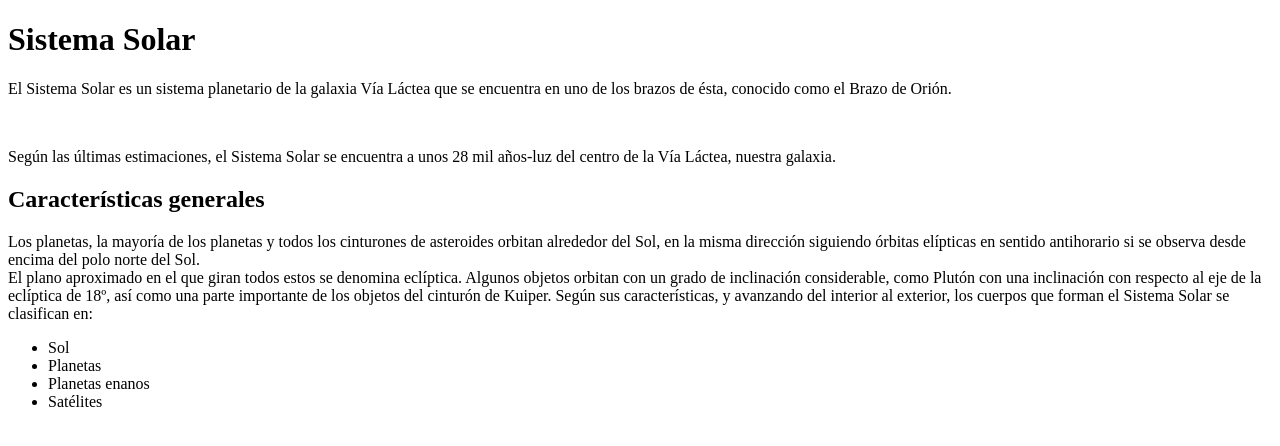
Repository: gustavomanfre/Curso_Front_End_Digitalers
Page: Unidad1/M1 - Laboratorio_02/index.html
The author's editor kept a copy of each file at every save. The page is drawn from the files as they stood at one save, then again after the next save.
The browser window is 1280 px wide. The pictures show the whole page.

Above is the page before, as saved 2022-05-25 21:02:26.

After the next save:
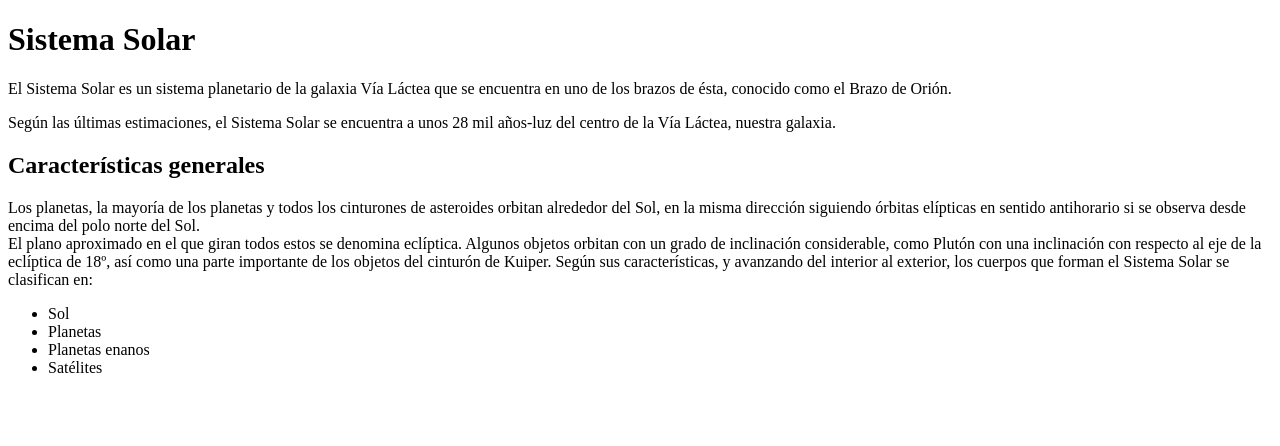
Saved 46 s later.
--- a/Unidad1/M1 - Laboratorio_02/index.html
+++ b/Unidad1/M1 - Laboratorio_02/index.html
@@ -9,7 +9,7 @@
 <body>
     <header>
         <h1>Sistema Solar</h1>
-        <p>El Sistema Solar es un sistema planetario de la galaxia Vía Láctea que se encuentra en uno de los brazos de ésta, conocido como el Brazo de Orión. </p><br>
+        <p>El Sistema Solar es un sistema planetario de la galaxia Vía Láctea que se encuentra en uno de los brazos de ésta, conocido como el Brazo de Orión. <br>
         <p>Según las últimas estimaciones, el Sistema Solar se encuentra a unos 28 mil años-luz del centro de la Vía Láctea, nuestra galaxia.</p>
     </header>
 
